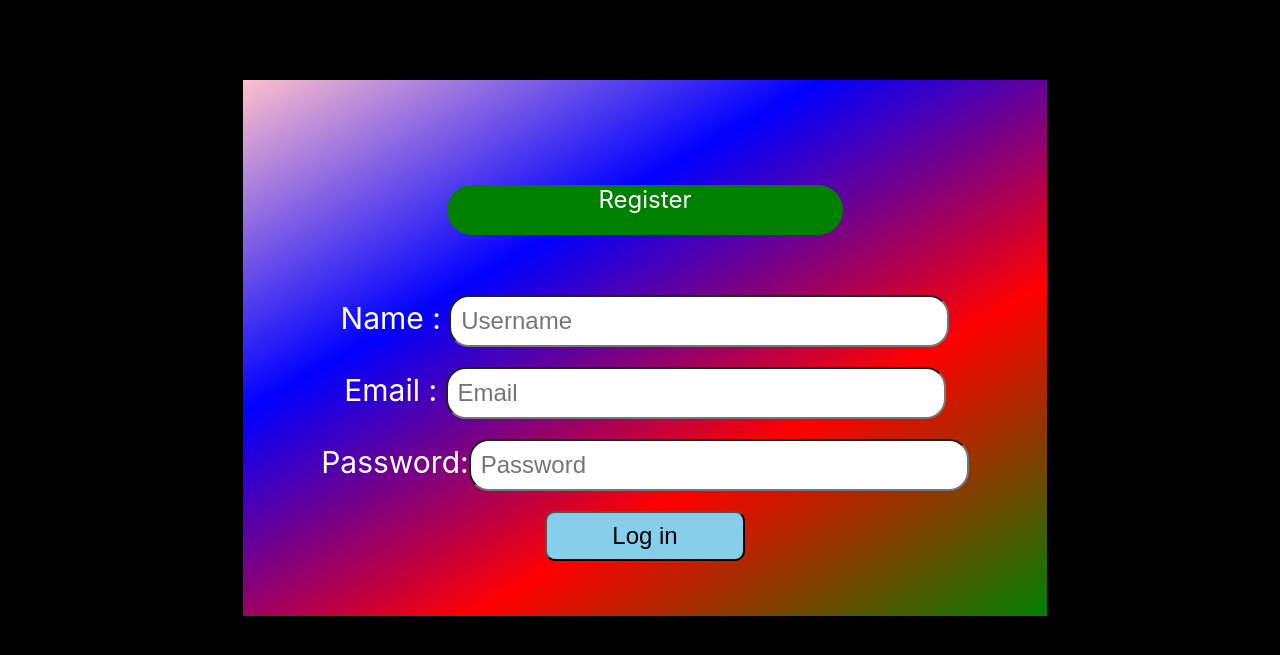
Repository: abhaysharma20233009/swiftKey
Page: /login (app in frontend/my-app/)
An editor plug-in stored every save of this project. The page is shown before and after the next save, followed by the edit.
The browser window is 1280 px wide. The pictures show the whole page.
The project was rebuilt for these pictures with package versions that can differ from the ones it lists, and the page was loaded fresh each time. Also part of the build but not shown: frontend/my-app/src/Swifts.js, frontend/my-app/src/Results.js.

Above is the page before, as saved 2024-10-10 20:30:42.

After the next save:
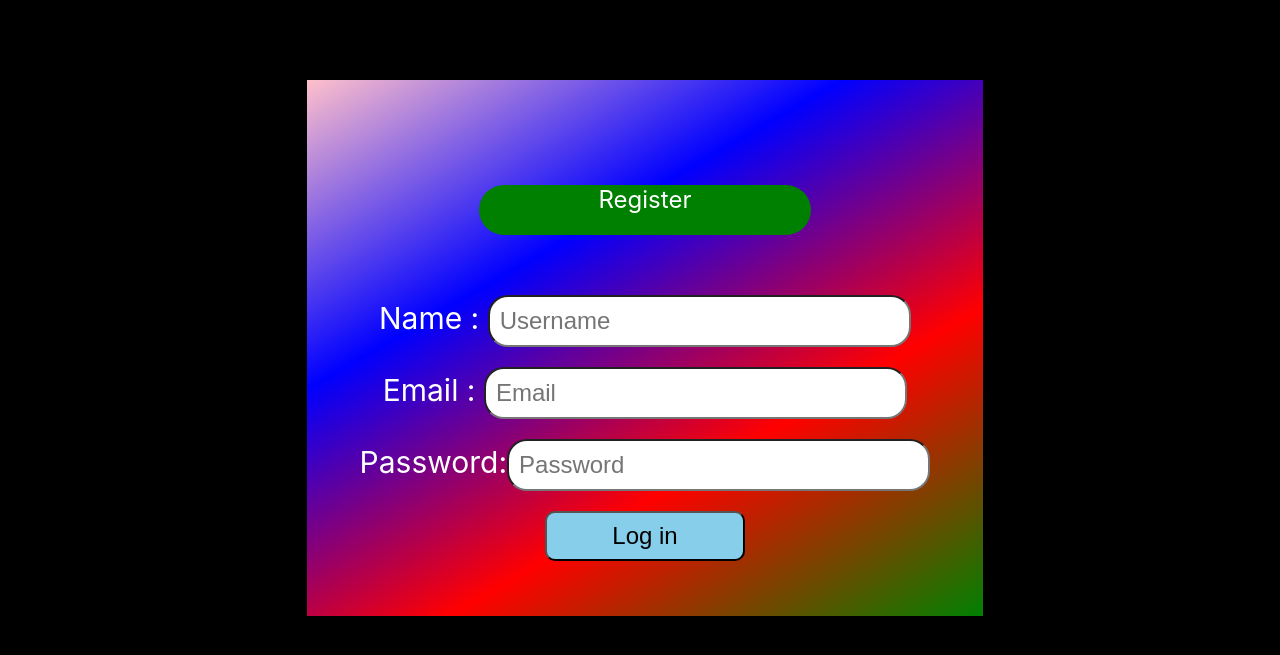
Saved 35 s later.
--- a/frontend/my-app/src/App.css
+++ b/frontend/my-app/src/App.css
@@ -64,7 +64,7 @@ body{
   padding:5px;
   background:linear-gradient(150deg,pink,blue,red,green);
   background-color:rgb(169, 90, 63);
-  width:62%;
+  width:52%;
   height:100%;
-  margin-left:19%;
+  margin-left:24%;
 }
